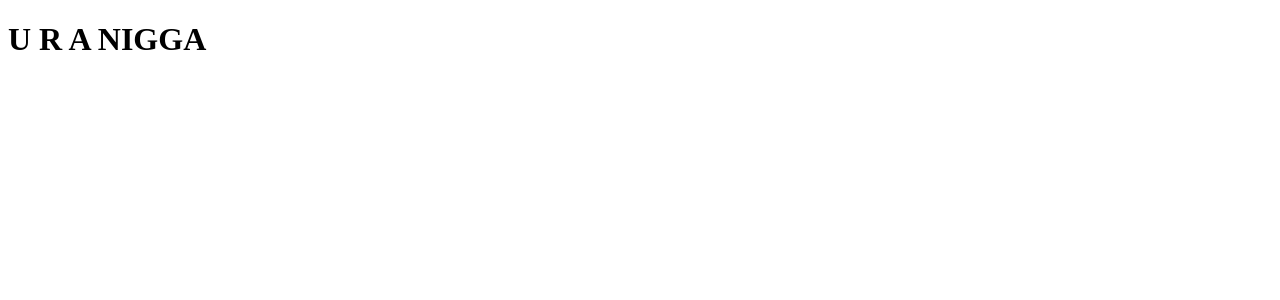
Repository: mrjayajay/week-1-code-challenges
Page: brocode/index.html
The author's editor kept a copy of each file at every save. The page is drawn from the files as they stood at one save, then again after the next save.
The browser window is 1280 px wide. The pictures show the whole page.

Above is the page before, as saved 2024-03-19 08:49:52.
Console error: TypeError: document.getElementsById is not a function

After the next save:
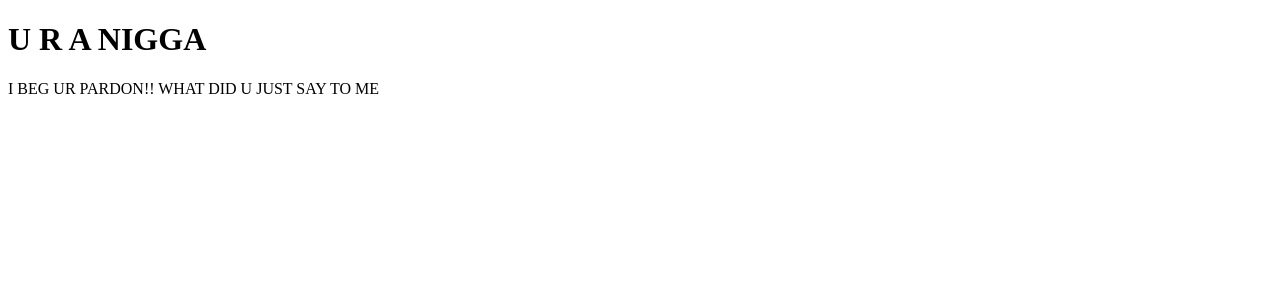
The error is gone.
Saved 30 s later.
--- a/brocode/index.js
+++ b/brocode/index.js
@@ -3,4 +3,4 @@
 //my name is Bingwa//
 console.log("alhamdulilah")*/
 document.getElementById("nasir").textContent = "U R A NIGGA";
-document.getElementsById("bingwa").textContent = "I BEG UR PARDON!! WHAT DID U JUST SAY TO ME";
+document.getElementById("bingwa").textContent = "I BEG UR PARDON!! WHAT DID U JUST SAY TO ME";
